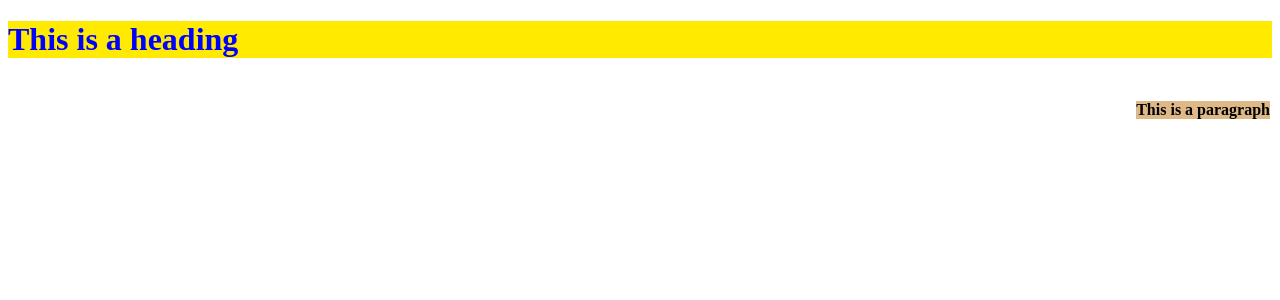
Repository: AishwaryaPandey987/PGLife
Page: home.html
These files come from the project's save history. The page is drawn as it stood at one moment and after the next save; the edit follows.
The browser window is 1280 px wide. The pictures show the whole page.

Above is the page before, as saved 2022-10-27 20:13:27.

### home.html
<!DOCTYPE html>
  <html>
    <head>
        <title>CSS Page</title>
         <link rel="stylesheet" href="css/style.css" />
    </head>
    <body>
      <div>
          <p>
          <h1 class="heading">This is a heading</h1>
          </p>
       </div>
      <div>
          <p>
              <h4 class="heading">This is a paragraph</h4>

          </p>
      </div>
    </body>
  </html>

### css/style.css


div h1{
  color: blue;
  background-color: rgb(255, 234, 0);
}

p ,h4{
  color: black;
  background-color: burlywood;
  position: fixed;
  right: 10px;
}

After the next save:
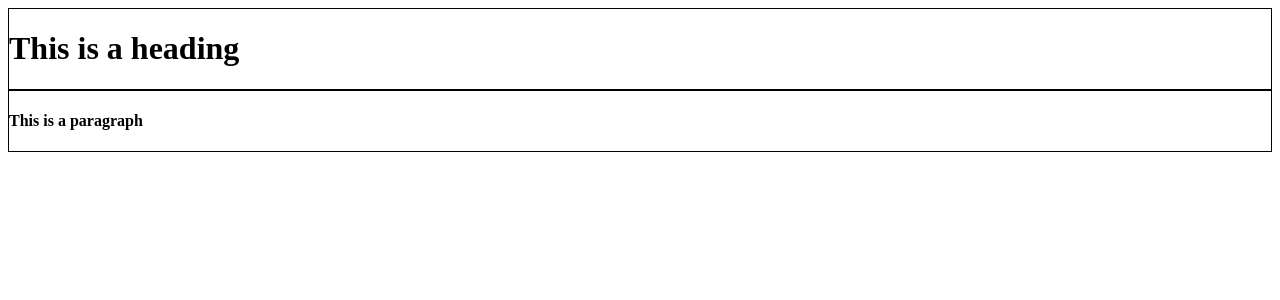
Saved 15 min 27 s later.
--- a/css/style.css
+++ b/css/style.css
@@ -1,13 +1,6 @@
 
 
-div h1{
-  color: blue;
-  background-color: rgb(255, 234, 0);
+div{
+
+  border:  1px solid black;
 }
-
-p ,h4{
-  color: black;
-  background-color: burlywood;
-  position: fixed;
-  right: 10px;
-}
